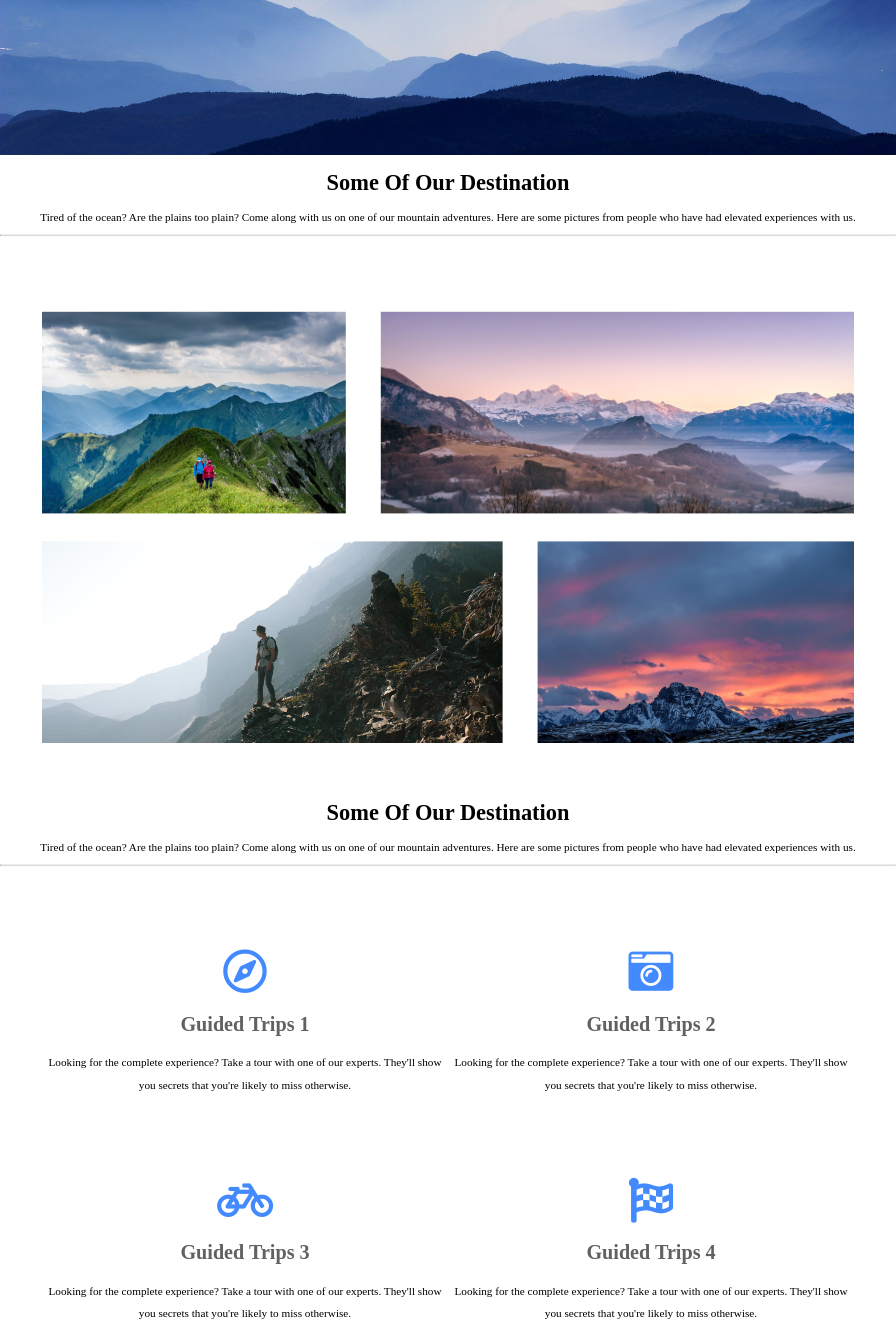
Repository: Einsteiniumeinsteinian/Advanced-CSS
Page: css-project-starter-code/index.html
An editor plug-in stored every save of this project. The page is shown before and after the next save, followed by the edit.
The browser window is 1280 px wide. The pictures show the part of the page from y = 498 to 2418 px (the page is 2517 px tall before and 2589 px after), at 70% of full size.
Some web libraries are served in a nearby version.

Above is the page before, as saved 2021-08-15 21:16:11.

After the next save:
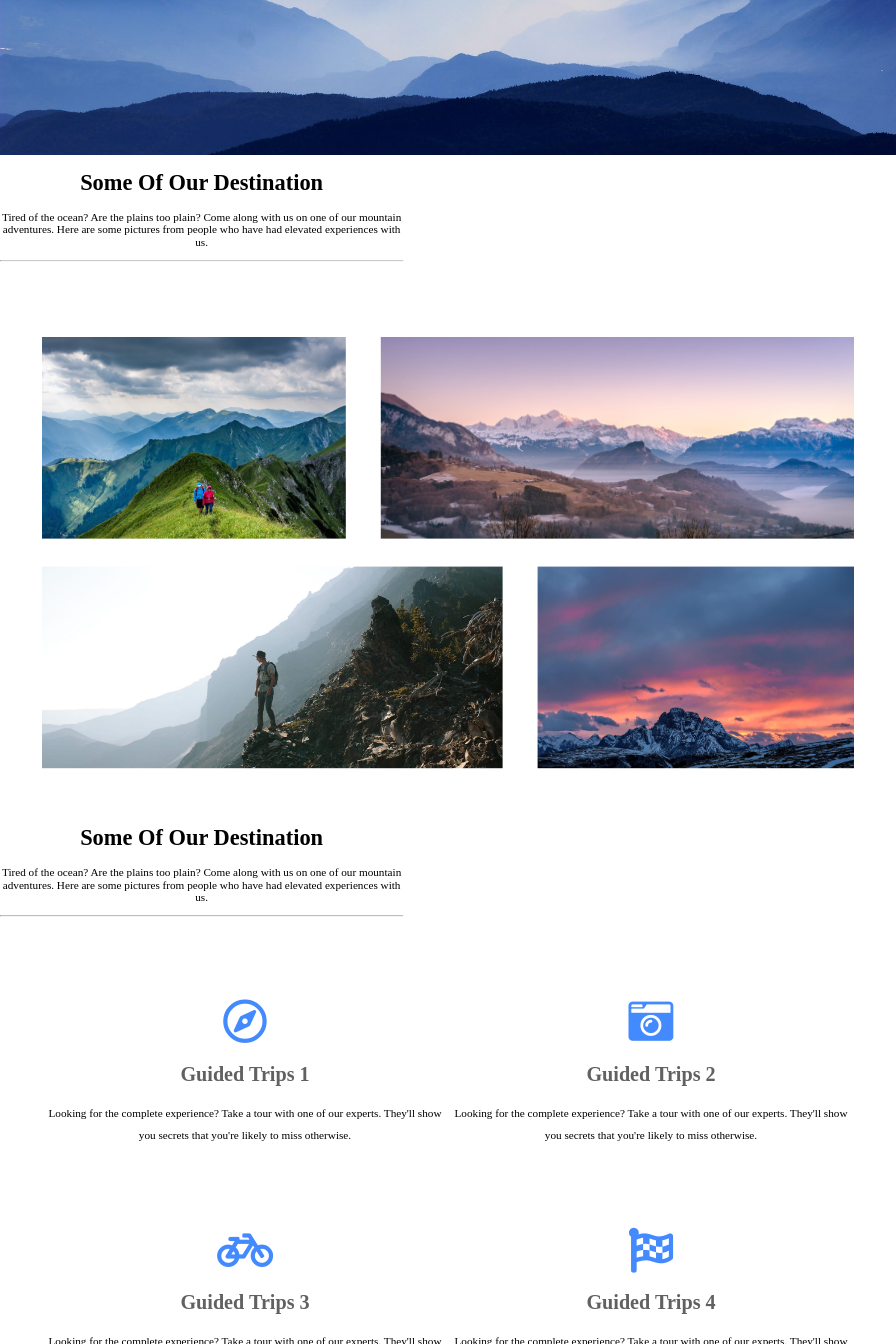
Saved 7 s later.
--- a/css-project-starter-code/assets/css/styles.css
+++ b/css-project-starter-code/assets/css/styles.css
@@ -85,6 +85,6 @@ i{
 
 /** Line Breaker Div */
 .line-breaker-div{
-    max-width: ;
+    max-width: 80vh;
     text-align: center;
 }
